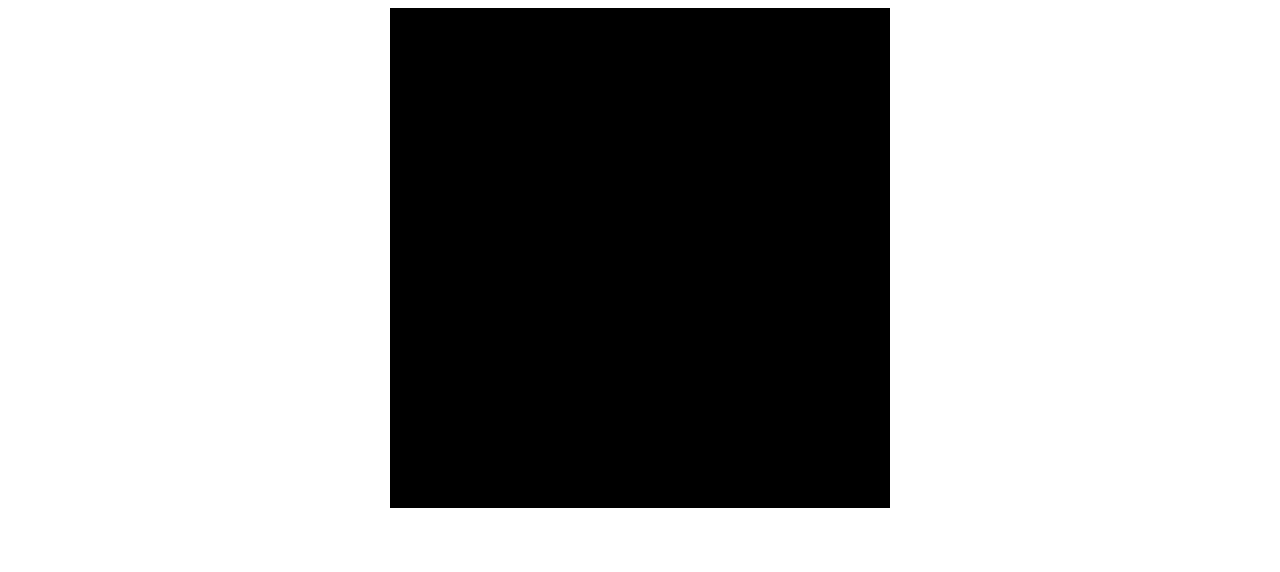
Repository: HiWhsp/TypeScript
Page: public/index.html
The author's editor kept a copy of each file at every save. The page is drawn from the files as they stood at one save, then again after the next save.
The browser window is 1280 px wide. The pictures show the whole page.

Above is the page before, as saved 2023-04-20 15:06:10.

After the next save:
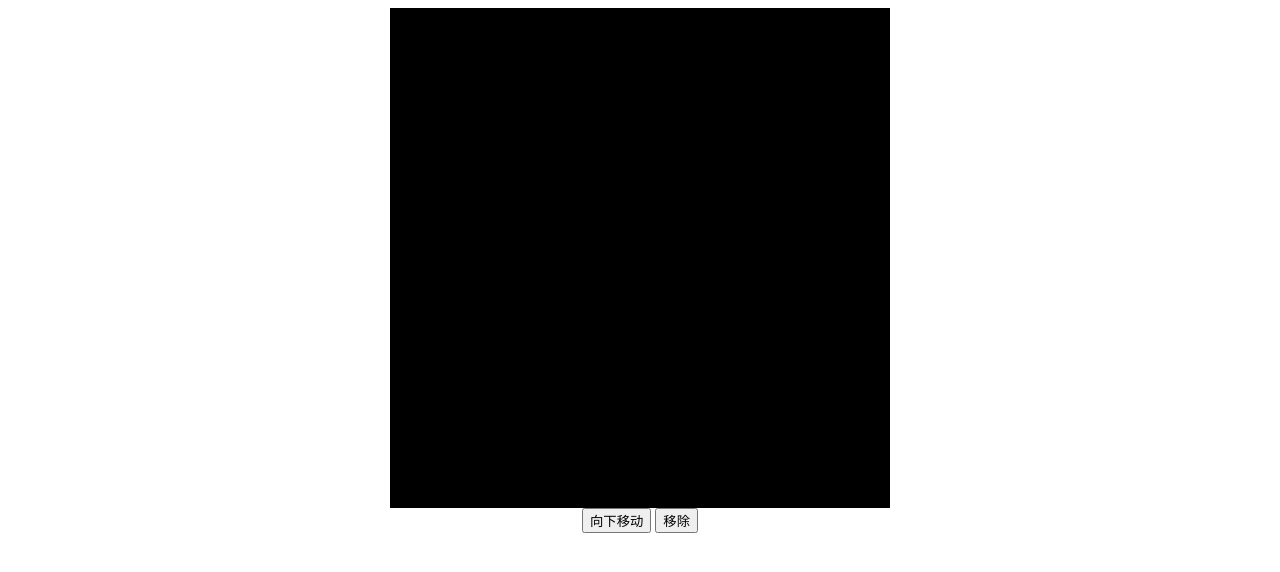
Saved 98 min 38 s later.
--- a/public/index.html
+++ b/public/index.html
@@ -19,6 +19,10 @@
 
 <body>
   <div id="root"></div>
+  <div style="text-align: center;">
+    <button>向下移动</button>
+    <button>移除</button>
+  </div>
 </body>
 
 </html>
